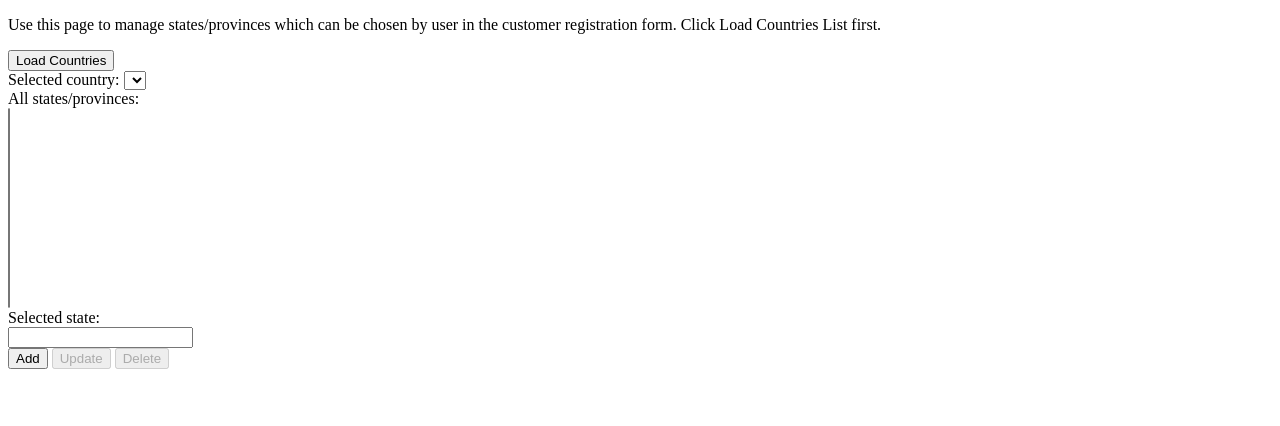
Repository: thanhadp24/mylocal
Page: http://localhost/settings/mail_server
The author's editor kept a copy of each file at every save. The page is drawn from the files as they stood at one save, then again after the next save.
The browser window is 1280 px wide. The pictures show the whole page.
The page is this project's Thymeleaf template; nobody is signed in. The template is opened directly, without the code that normally fills it, so the values that code supplies are empty.

Above is the page before, as saved 2024-12-09 16:01:28.

After the next save:
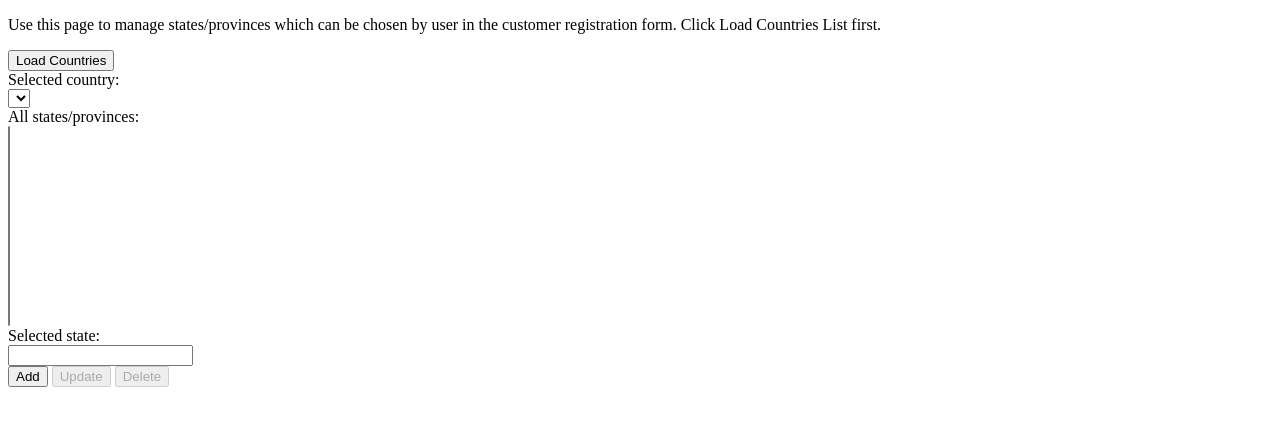
Saved 8 s later.
--- a/ShopappProject/ShopappWebParent/ShopappBackEnd/src/main/resources/templates/settings/mail_server.html
+++ b/ShopappProject/ShopappWebParent/ShopappBackEnd/src/main/resources/templates/settings/mail_server.html
@@ -12,8 +12,10 @@
 	</div>
 	<div class="form-group row">
 		<label>Selected country:</label>
-		<select class="form-control m-1" id="dropdownCountryForStates">
-		</select>
+		<div>
+			<select class="form-control m-1" id="dropdownCountryForStates">
+			</select>
+		</div>
 	</div>
 	<div class="form-group row">
 		<label class="col-form-label mt-2">All states/provinces:</label>
